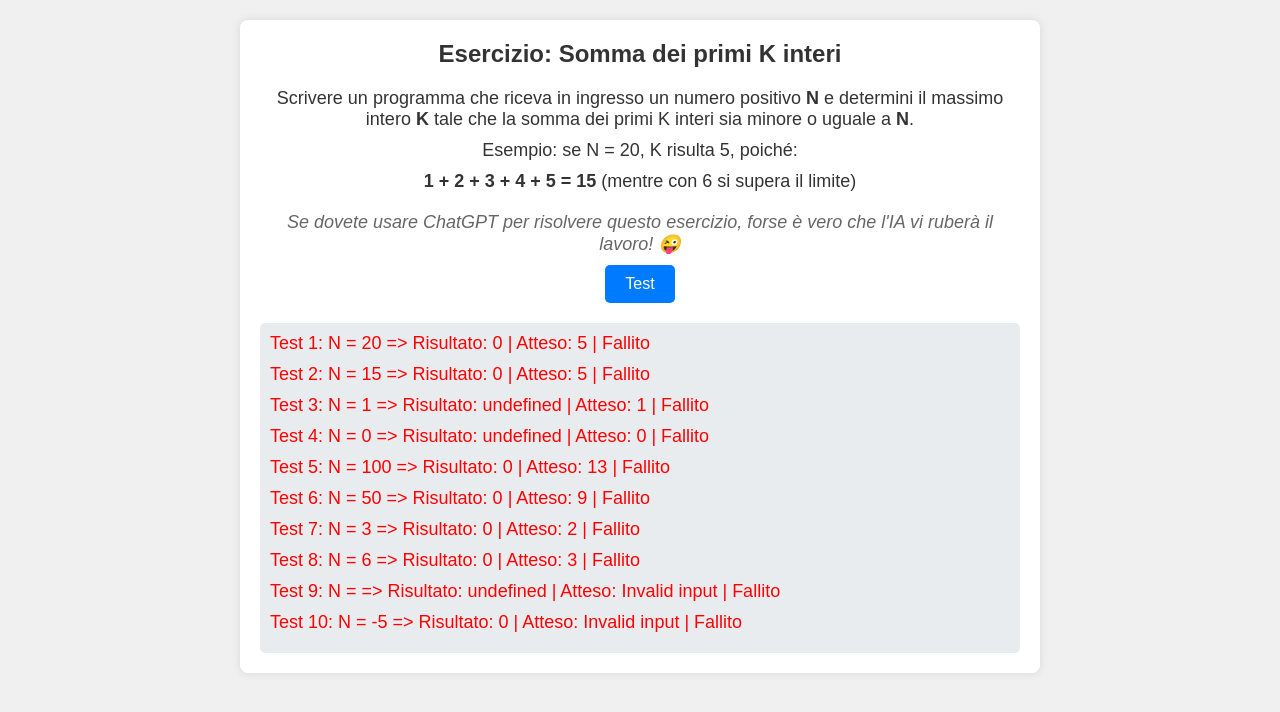
Repository: JoseManuel-Feliz/merenda1
Page: index.html
An editor plug-in stored every save of this project. The page is shown before and after the next save, followed by the edit.
The browser window is 1280 px wide. The pictures show the whole page.
After loading, the first visible `#run-tests` was clicked once.

Above is the page before, as saved 2024-10-01 16:10:13.

### index.html
<!DOCTYPE html>
<html lang="it">

<head>
    <meta charset="UTF-8">
    <meta name="viewport" content="width=device-width, initial-scale=1.0">
    <title>Esercizio Somma di K Interi</title>
    <link rel="stylesheet" href="style.css">
</head>

<body>
    <div class="container">
        <h1>Esercizio: Somma dei primi K interi</h1>
        <p>
            Scrivere un programma che riceva in ingresso un numero positivo <strong>N</strong>
            e determini il massimo intero <strong>K</strong> tale che la somma dei primi K interi
            sia minore o uguale a <strong>N</strong>.
        </p>
        <p>Esempio: se N = 20, K risulta 5, poiché:</p>
        <p><strong>1 + 2 + 3 + 4 + 5 = 15</strong> (mentre con 6 si supera il limite)</p>
        <p style="margin-top: 20px; font-style: italic; color: #666;">
            Se dovete usare ChatGPT per risolvere questo esercizio, forse è vero che l'IA vi ruberà il lavoro! 😜
        </p>

        <button id="run-tests">Test</button>
        <div id="results"></div>
    </div>
    <script defer src="script.js"></script>
    <script defer src="merenda.js"></script>
</body>

</html>

### style.css
* {
    box-sizing: border-box;
    margin: 0;
    padding: 0;
}

body {
    font-family: Arial, sans-serif;
    background-color: #f0f0f0;
    color: #333;
    padding: 20px;
}

.container {
    max-width: 800px;
    margin: 0 auto;
    padding: 20px;
    background-color: #fff;
    border-radius: 8px;
    box-shadow: 0 0 10px rgba(0, 0, 0, 0.1);
    text-align: center;
}

h1 {
    font-size: 24px;
    margin-bottom: 20px;
}

p {
    font-size: 18px;
    margin-bottom: 10px;
}

button {
    padding: 10px 20px;
    font-size: 16px;
    border: none;
    background-color: #007bff;
    color: #fff;
    border-radius: 5px;
    cursor: pointer;
}

button:hover {
    background-color: #0056b3;
}

#results {
    margin-top: 20px;
    padding: 10px;
    background-color: #e9ecef;
    border-radius: 5px;
    text-align: left;
}

### script.js
document.getElementById('run-tests').addEventListener('click', function () {
    const resultsContainer = document.getElementById('results');
    resultsContainer.innerHTML = '';

    const testCases = [
        { N: 20, expected: 5 },
        { N: 15, expected: 5 },
        { N: 1, expected: 1 },
        { N: 0, expected: 0 },
        { N: 100, expected: 13 },
        { N: 50, expected: 9 },
        { N: 3, expected: 2 },
        { N: 6, expected: 3 },
        { N: '', expected: 'Invalid input' },
        { N: -5, expected: 'Invalid input' },
    ];

    testCases.forEach((test, index) => {
        try {
            const result = sommaInteri(test.N);
            const passed = result === test.expected;
            const message = `Test ${index + 1}: N = ${test.N} => Risultato: ${result} | Atteso: ${test.expected} | ${passed ? 'Successo' : 'Fallito'}`;
            const resultElement = document.createElement('p');
            resultElement.textContent = message;
            resultElement.style.color = passed ? 'green' : 'red';
            resultsContainer.appendChild(resultElement);
        } catch (error) {
            const message = `Test ${index + 1}: N = ${test.N} ha generato un errore: ${error.message}`;
            const resultElement = document.createElement('p');
            resultElement.textContent = message;
            resultElement.style.color = 'red';
            resultsContainer.appendChild(resultElement);
        }
    });
});

### merenda.js
function sommaInteri(N) {
    let somma = 0;
    let count = 0;

    for (let i = 1; i <= N; i++)
        somma += i;

    if (somma > N) {
        console.log(count)
        return count
    } else {
        count++
        console.log(count)
    }
}

After the next save:
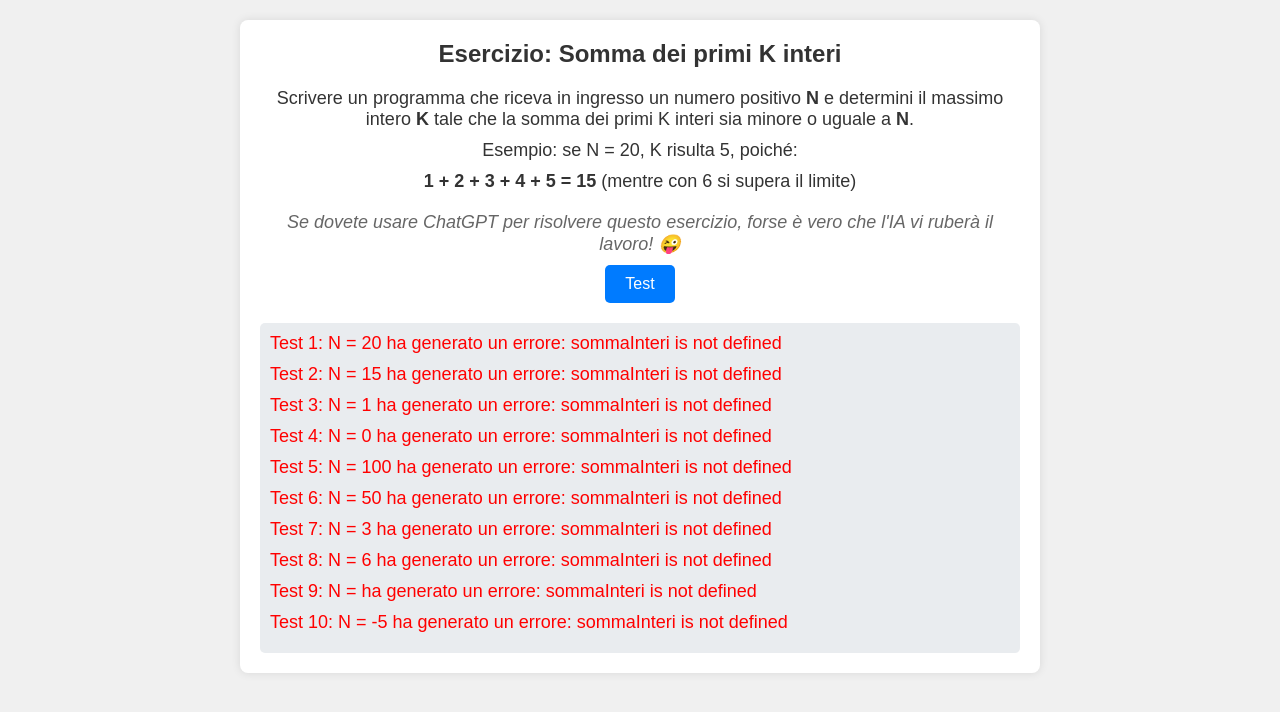
Console error: SyntaxError: Unexpected identifier 'input'
Saved 9 min 53 s later.
--- a/merenda.js
+++ b/merenda.js
@@ -2,14 +2,17 @@
     let somma = 0;
     let count = 0;
 
-    for (let i = 1; i <= N; i++)
+    for (let i = 1; i <= N; i++) {
+        if (somma + i > N) {
+            return count;
+        }
         somma += i;
-
-    if (somma > N) {
-        console.log(count)
-        return count
-    } else {
-        count++
+        console.log(somma)
+        count++;
         console.log(count)
     }
+    if (N < 0 || N) {
+
+    }
+    return Invalid input;
 }

After the 2 saves that followed:
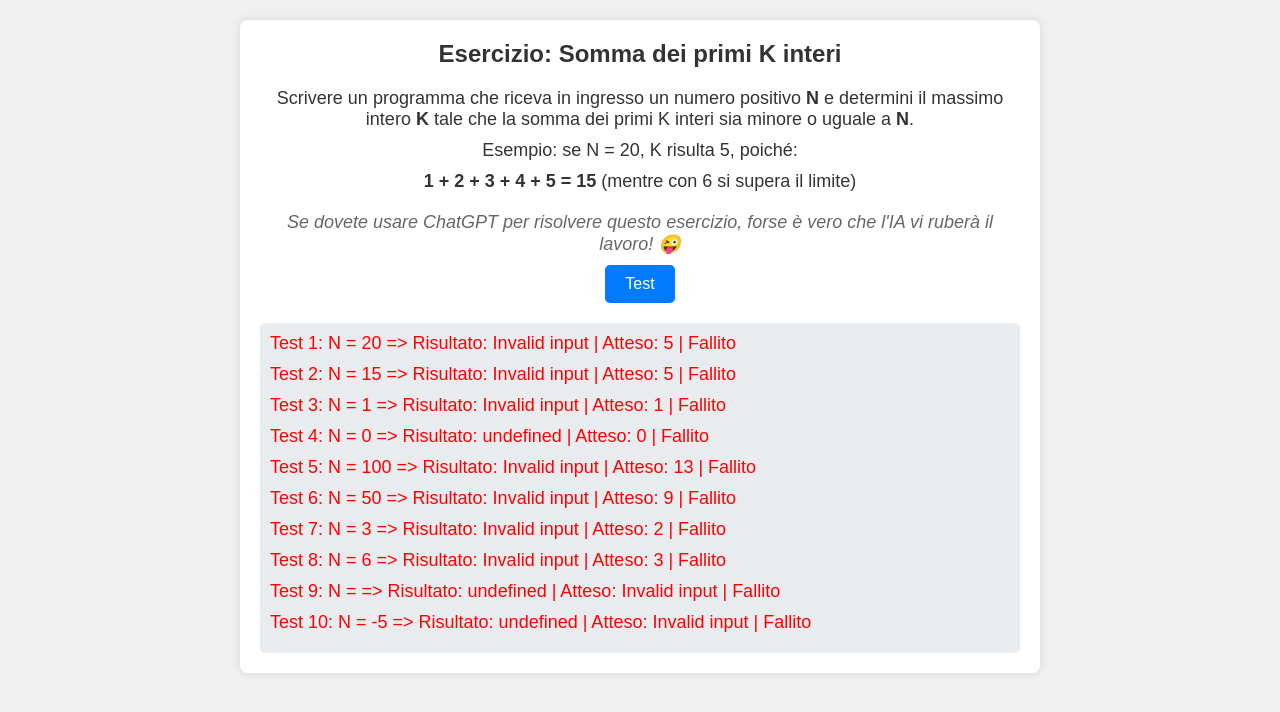
The error is gone.
The 2 saves are shown as one change because 1 left the picture as it was.
The last was saved 62 s later.
--- a/merenda.js
+++ b/merenda.js
@@ -3,6 +3,9 @@
     let count = 0;
 
     for (let i = 1; i <= N; i++) {
+        if (N < 0 || N) {
+            return 'Invalid input';
+        }
         if (somma + i > N) {
             return count;
         }
@@ -11,8 +14,4 @@
         count++;
         console.log(count)
     }
-    if (N < 0 || N) {
-
-    }
-    return Invalid input;
 }
